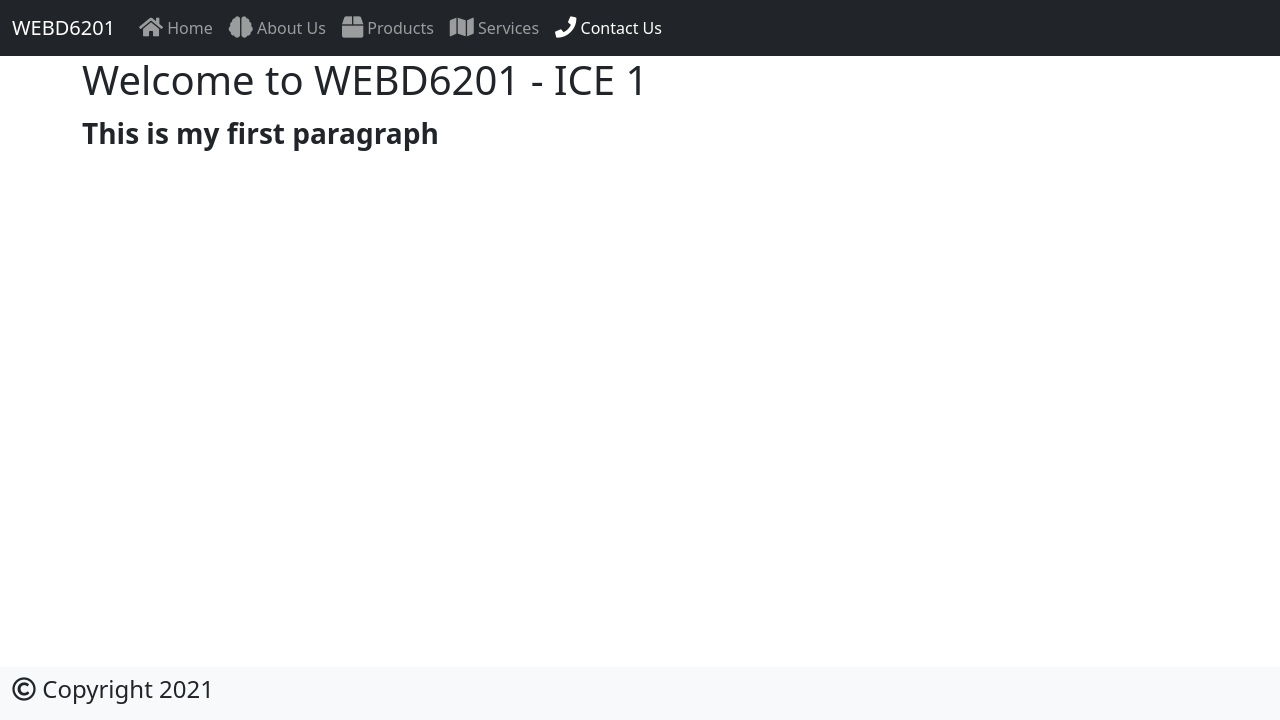
Repository: AshokSasi/WEBD6201-Week3
Page: contact.html
These files come from the project's save history. The page is drawn as it stood at one moment and after the next save; the edit follows.
The browser window is 1280 px wide. The pictures show the whole page.

Above is the page before, as saved 2021-01-21 09:58:25.

### contact.html
<!DOCTYPE html>
<html lang="en">
<head>
    <meta charset="UTF-8">
    <meta name="viewport" content="width=device-width, initial-scale=1.0">
    <title>Contact Us</title>
    <!-- CSS Section-->
    <link rel="stylesheet" href="./Content/app.css">
    <link rel="stylesheet" href="./node_modules/bootstrap/dist/css/bootstrap.min.css">
    <link rel="stylesheet" href="./node_modules/@fortawesome/fontawesome-free/css/all.min.css">
</head>
<body>
  <!-- Main Header -->
    <header>
      <!--main navbar-->
        <nav class="navbar navbar-expand-lg navbar-dark bg-dark">
            <div class="container-fluid">
              <a class="navbar-brand" href="index.html">WEBD6201</a>
              <button class="navbar-toggler" type="button" data-bs-toggle="collapse" data-bs-target="#navbarSupportedContent" aria-controls="navbarSupportedContent" aria-expanded="false" aria-label="Toggle navigation">
                <span class="navbar-toggler-icon"></span>
              </button>
              <div class="collapse navbar-collapse" id="navbarSupportedContent">
                <ul class="navbar-nav me-auto mb-2 mb-lg-0">
                  <li class="nav-item">
                    <a class="nav-link" aria-current="page" href="index.html"><i class="fas fa-home fa-lg"></i> Home</a>
                  </li>
                  <li class="nav-item">
                    <a class="nav-link" aria-current="page" href="about.html"><i class="fas fa-brain fa-lg"></i> About Us</a>
                  </li>
                  <li class="nav-item">
                    <a class="nav-link" aria-current="page" href="products.html"><i class="fas fa-box fa-lg"></i> Products</a>
                  </li>
                  <li class="nav-item">
                    <a class="nav-link" aria-current="page" href="services.html"><i class="fas fa-map fa-lg"></i> Services</a>
                  </li>
                  <li class="nav-item">
                    <a class="nav-link active" aria-current="page" href="contact.html"><i class="fas fa-phone fa-lg"></i> Contact Us</a>
                  </li>
                </ul>

              </div>
            </div>
          </nav>
    </header>

    <!-- Main Content-->
    <main class="container">
        <h1>Welcome to WEBD 6201</h1>

        <p id="paragraphOne"></p>
    </main>

    <!--Main Footer Nav -->
    <footer>
        <nav class="navbar fixed-bottom navbar-light bg-light">
            <div class="container-fluid">
              <h4><i class="far fa-copyright"></i> Copyright 2021</h4>
            </div>
          </nav>
    </footer>

    <!--Javascript section-->
    <script src="./Scripts/app.js"></script>
    <script src="./node_modules/jquery/dist/jquery.min.js"></script>
    <script src="./node_modules/bootstrap/dist/js/bootstrap.bundle.min.js"></script>
</body>
</html>

### Scripts/app.js

//IIFE Immediately Function Expression
//AKA - Anonymous Self- Executing Function
//Closure - Limits scop leak

"use strict";

(function()
{
    function Start()
    {
        console.log("App started ...");
        let paragraphOneText = "This is a simple site to demonstrate DOM manipulation for ICE 1";

        let paragraphOneElement = document.getElementById("paragraphOne");

        paragraphOneElement.textContent= paragraphOneText;
        paragraphOneElement.className="fs-5";

        // Step 1: document.createElement
        let newParagraph  = document.createElement("p");
        // Step 2: Configure the element
        newParagraph.setAttribute("id","paragraphTwo");
        newParagraph.textContent = "... And this is paragraph two";
        // Step 3: Select the parent element
        let mainContent = document.getElementsByTagName("main")[0];
        // Step4: Add/Insert the element
        mainContent.appendChild(newParagraph);

        newParagraph.className = "fs-6";

        //another way of injecting content
       let paragraphDiv = document.createElement("div");
       let paragraphThree= `<p id="paragraphThree" class="fs-7 fw-bold">And this is the third paragraph</p>`;
        paragraphDiv.innerHTML = paragraphThree;

        //example of inserting before a node.
      //  newParagraph.before(paragraphDiv)

      //example of inserting after a node.
      newParagraph.after(paragraphDiv);

      //delete elements
      //paragraphOneElement.remove();

      //example of remove child
      mainContent.removeChild(paragraphOneElement);

      //update / modification
     // mainContent.firstElementChild.textContent = "Welcome Home";

     mainContent.innerHTML =
     `<h1 id="firstHeading">Welcome to WEBD6201 - ICE 1</h1>
     <p id="paragraphOne" class="fs-3 fw-bold">This is my first paragraph</p>
     `


    }
    window.addEventListener("load", Start);
})();

Loaded but not shown: node_modules/bootstrap/dist/css/bootstrap.min.css (library); node_modules/@fortawesome/fontawesome-free/css/all.min.css (library); node_modules/jquery/dist/jquery.min.js (library); node_modules/bootstrap/dist/js/bootstrap.bundle.min.js (library); Content/app.css (no stored copy; drawn as an empty file)

After the next save:
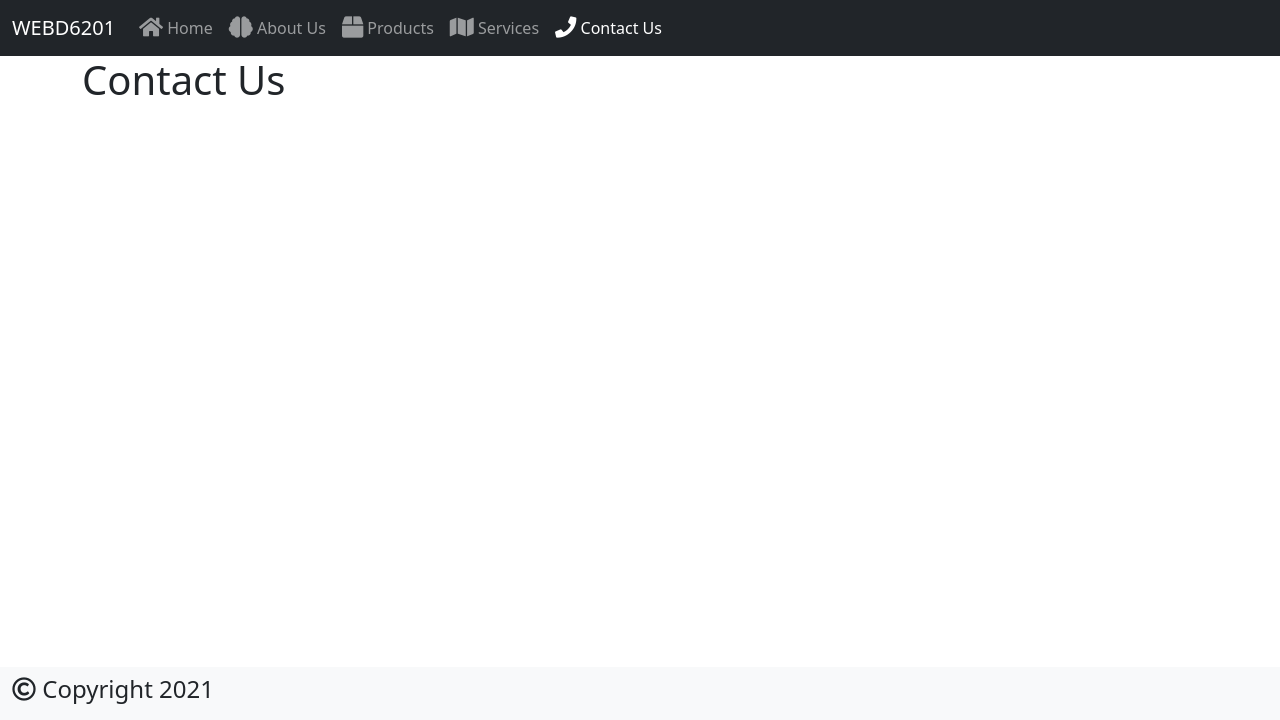
Console error: TypeError: Cannot set properties of null (setting 'textContent')
Saved 5 s later.
--- a/contact.html
+++ b/contact.html
@@ -45,9 +45,8 @@
 
     <!-- Main Content-->
     <main class="container">
-        <h1>Welcome to WEBD 6201</h1>
+        <h1>Contact Us</h1>
 
-        <p id="paragraphOne"></p>
     </main>
 
     <!--Main Footer Nav -->
